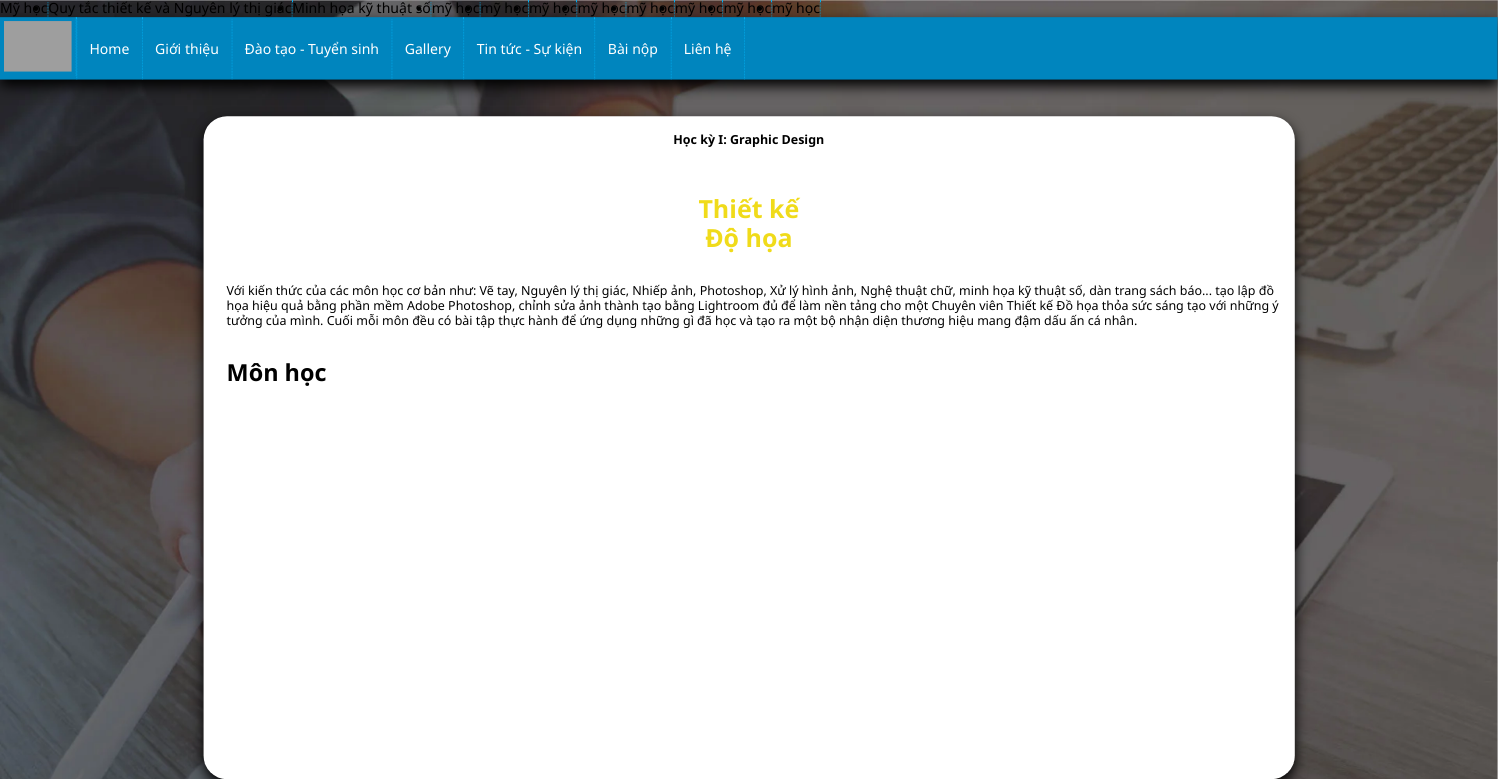
Repository: arena-dttan/dcw-final-exam-d2107m1
Page: final-list/DCW_Final_5_Nguyen-Thi-Thu-Huong_D2107M1/chuong-trinh-dao-tao.html
The author's editor kept a copy of each file at every save. The page is drawn from the files as they stood at one save, then again after a run of saves.
The browser window is 1280 px wide. The page is 1920 px wide, so the pictures cover 1920 px, including what lies to the right of the window. The pictures show the whole page, at 78% of full size.
Pictures or frames that could not be fetched are drawn as grey boxes.

Above is the page before, as saved 2022-06-26 19:43:23.

After the next 2 saves:
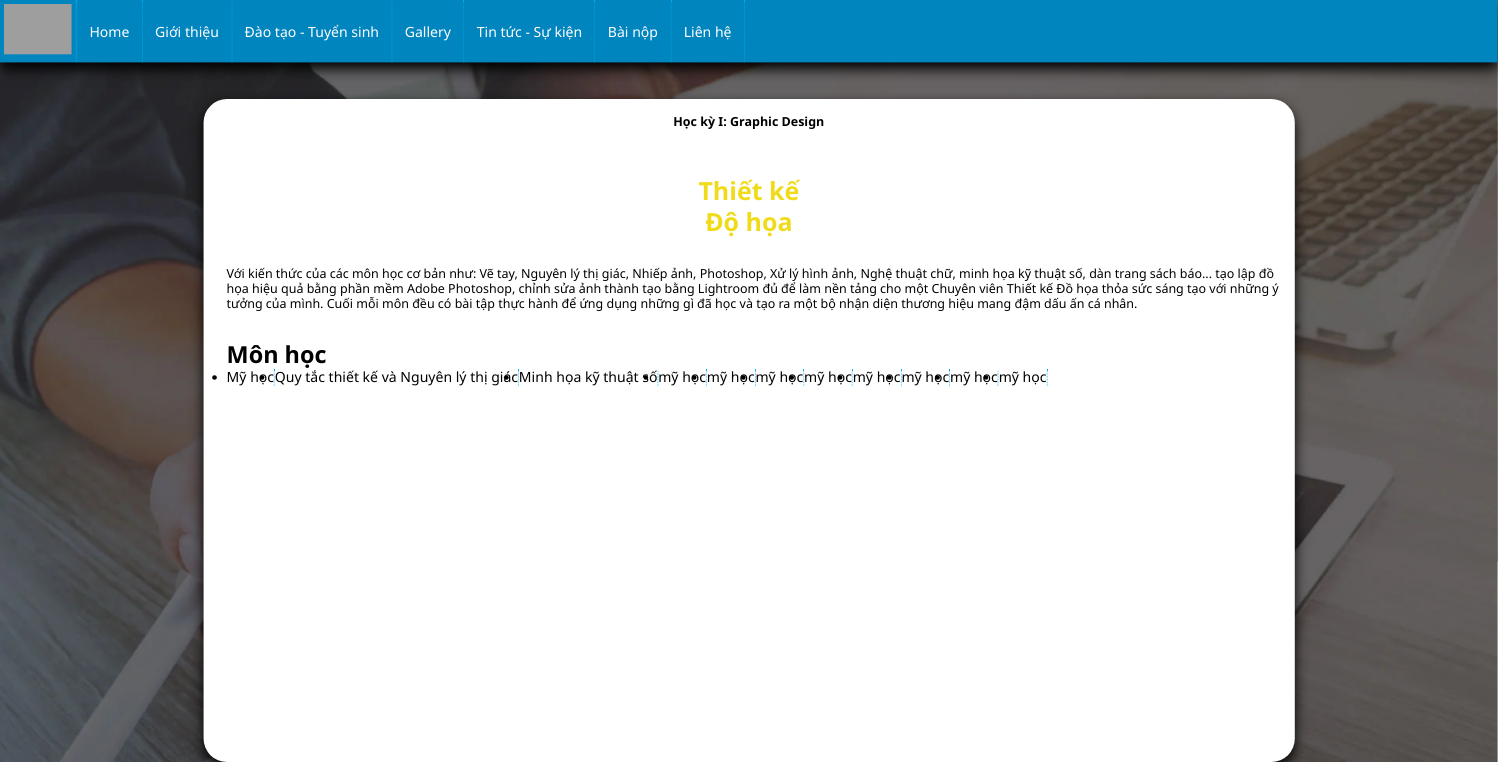
The 2 saves are shown as one change because they came seconds apart.
The last was saved 7 s later.
--- a/final-list/DCW_Final_5_Nguyen-Thi-Thu-Huong_D2107M1/chuong-trinh-dao-tao.html
+++ b/final-list/DCW_Final_5_Nguyen-Thi-Thu-Huong_D2107M1/chuong-trinh-dao-tao.html
@@ -29,19 +29,7 @@
 </head>
 <body id="container">
 
-    <div class="danhsach"><ul class="a b">
-        <li>Mỹ học</li>
-        <li>Quy tắc thiết kế và Nguyên lý thị giác</li>
-        <li>Minh họa kỹ thuật số</li>
-        <li>mỹ học</li>
-        <li>mỹ học</li>
-        <li>mỹ học</li>
-        <li>mỹ học</li>
-        <li>mỹ học</li>
-        <li>mỹ học</li>
-        <li>mỹ học</li>
-        <li>mỹ học</li>
-       </ul></div>
+    <div class="danhsach"></div>
     <div id="main-menu">
         <ul class="menu">
             <li ><img style="height: 65px; margin: 5px;;" src="images/logo.webp" alt="logo"> </li>
@@ -91,7 +79,19 @@
                             <br>
                         </p>
                         <h3><b>Môn học</b></h3>
-
+                        <ul class="a b">
+                            <li>Mỹ học</li>
+                            <li>Quy tắc thiết kế và Nguyên lý thị giác</li>
+                            <li>Minh họa kỹ thuật số</li>
+                            <li>mỹ học</li>
+                            <li>mỹ học</li>
+                            <li>mỹ học</li>
+                            <li>mỹ học</li>
+                            <li>mỹ học</li>
+                            <li>mỹ học</li>
+                            <li>mỹ học</li>
+                            <li>mỹ học</li>
+                           </ul>
                     </div>
                 </div>
             </div>
